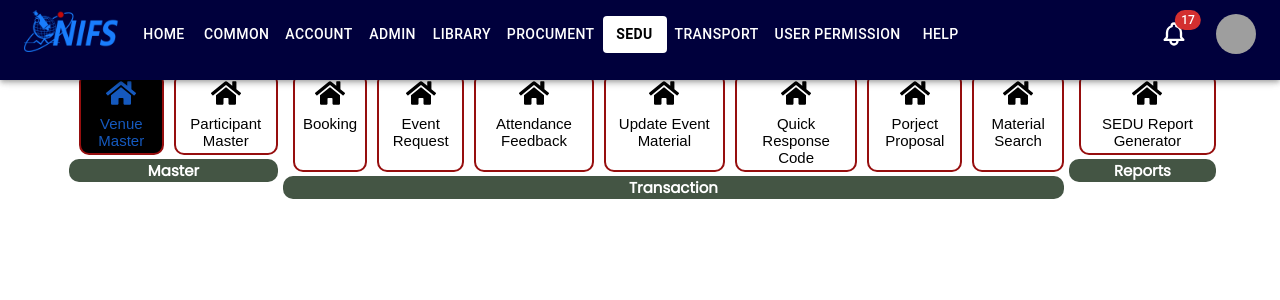
Repository: virangaj/NIFS-WebApp
Page: /sedu (app in client/)
An editor plug-in stored every save of this project. The page is shown before and after the next save, followed by the edit.
The browser window is 1280 px wide. The pictures show the whole page.
The pointer rests on the first visible `.nav-link`.
Pictures or frames that could not be fetched are drawn as grey boxes. The project was rebuilt for these pictures with package versions that can differ from the ones it lists, and the page was loaded fresh each time. Also part of the build but not shown: client/src/pages/Login.tsx, client/src/pages/Home.tsx, client/src/components/Transport/shared/TransportNavbar.js, client/src/pages/TransportMainPage.tsx, client/src/pages/CommonMainPage.tsx, client/src/pages/AccountMainPage.tsx, client/src/pages/AdminMainPage.tsx, client/src/pages/LibraryMainPage.js and 4 more.

Above is the page before, as saved 2022-07-27 01:00:05.

### client/public/index.html
<!DOCTYPE html>
<html lang="en">
	<head>
		<meta charset="utf-8" />
		<link rel="icon" href="nifs_logo.png" />
		<meta name="viewport" content="width=device-width, initial-scale=1" />
		<meta name="theme-color" content="#000000" />
		<meta
			name="description"
			content="Web site created using create-react-app"
		/>
		<link rel="apple-touch-icon" href="%PUBLIC_URL%/logo192.png" />
		<!--
      manifest.json provides metadata used when your web app is installed on a
      user's mobile device or desktop. See https://developers.google.com/web/fundamentals/web-app-manifest/
    -->
		<link rel="manifest" href="%PUBLIC_URL%/manifest.json" />
		<!--
      Notice the use of %PUBLIC_URL% in the tags above.
      It will be replaced with the URL of the `public` folder during the build.
      Only files inside the `public` folder can be referenced from the HTML.

      Unlike "/favicon.ico" or "favicon.ico", "%PUBLIC_URL%/favicon.ico" will
      work correctly both with client-side routing and a non-root public URL.
      Learn how to configure a non-root public URL by running `npm run build`.
    -->
		<link
			href="https://fonts.googleapis.com/css?family=Poppins"
			rel="stylesheet"
		/>
		<title>NIFS Dashboard</title>
	</head>
	<body>
		<noscript>You need to enable JavaScript to run this app.</noscript>
		<div id="root"></div>
		<!--
      This HTML file is a template.
      If you open it directly in the browser, you will see an empty page.

      You can add webfonts, meta tags, or analytics to this file.
      The build step will place the bundled scripts into the <body> tag.

      To begin the development, run `npm start` or `yarn start`.
      To create a production bundle, use `npm run build` or `yarn build`.
    -->
	</body>
</html>

### client/src/index.css
* {
  margin: 0;
}

body {
  font-family: 'Poppins';
  -webkit-font-smoothing: antialiased;
  -moz-osx-font-smoothing: grayscale;
}

:root {
  --main-navbar-back: #00003c;
  --nav-title-section-back: #454;
  --white: #fff;
  --black: #000;
  --border-radius: 10px;
  --pimary: rgb(21, 89, 190);
  --warning: rgb(150, 14, 14);
}


.nav-logo {
  width: 100px;
  height: auto;
}

/* main navbar */
.main-navbar {
  background-color: var(--main-navbar-back) !important;
  width: 100% !important;
  height: 80px !important;

}



/* secondary navbar */
.secondary-navbar {
  margin-top: 10vh !important;
  margin: auto;
}

.nav-flex-section {
  display: flex;
  justify-content: center;
}

.nav-flex-inside {
  margin-left: 5px;
  margin-left: 5px;
}

.nav-title {
  font-size: 15px;
  text-align: center;
  color: var(--white);
  font-weight: 600;

}

.nav-title-section {
  border-radius: var(--border-radius);
  background-color: var(--nav-title-section-back);
}

.nav-icon {
  font-size: 30px;
}

.nav-link {
  display: flex;
  flex-direction: column;
  align-items: center;
  font-size: 15px;
  margin-left: 10px;
  margin-left: 10px;
  border: 2px solid var(--warning);
  padding: 4px 8px 4px 8px;
  margin-bottom: 4px;
  text-align: center;
  border-radius: var(--border-radius);
  background-color: var(--white);
  outline: none;
}

.nav-link:hover {
  color: var(--pimary);
  cursor: pointer;
  background-color: #000;
}

/* body content */
.body-content {
  margin: auto;
  width: 90%;
  margin-top: 10vh;

}

.sub-body-content {
  margin: auto;
  width: 90%;
  margin-top: 3vh;
}

### client/src/App.tsx
import React, { useEffect } from 'react';
import Navbar from './components/shared/Navbar';
import Login from './pages/Login'
import { BrowserRouter as Router, Route, Routes } from 'react-router-dom'
import Home from './pages/Home';
import TransportMainPage from './pages/TransportMainPage';
import CommonMainPage from './pages/CommonMainPage';
import AccountMainPage from './pages/AccountMainPage';
import AdminMainPage from './pages/AdminMainPage';
import LibraryMainPage from './pages/LibraryMainPage';
import ProcumentMainPage from './pages/ProcumentMainPage';
import SeduMainPage from './pages/SeduMainPage';
import UserPermissionMainPage from './pages/UserPermissionMainPage';
import NotificationMainPage from './pages/NotificationMainPage';
import HelpMainPage from './pages/HelpMainPage';

function App() {


  return (
    <Router>
      <Navbar />
      <Routes>

        <Route path="/login" element={<Login />} />
        <Route path="/" element={<Home />} />
        <Route path="/common/*" element={<CommonMainPage />} />
        <Route path="/account/*" element={<AccountMainPage />} />
        <Route path="/admin/*" element={<AdminMainPage />} />
        <Route path="/library/*" element={<LibraryMainPage />} />
        <Route path="/procument/*" element={<ProcumentMainPage />} />
        <Route path="/sedu/*" element={<SeduMainPage />} />
        <Route path="/transport/*" element={<TransportMainPage />} />
        <Route
          path="/user-permission/*"
          element={<UserPermissionMainPage />}
        />
        <Route
          path="/notification/*"
          element={<NotificationMainPage />}
        />
        <Route path="/help/*" element={<HelpMainPage />} />
      </Routes>


    </Router>
  );
}

export default App;

### client/src/components/shared/Navbar.tsx
import * as React from 'react';
import AppBar from '@mui/material/AppBar';
import Box from '@mui/material/Box';
import Toolbar from '@mui/material/Toolbar';
import IconButton from '@mui/material/IconButton';
import Typography from '@mui/material/Typography';
import Menu from '@mui/material/Menu';
import Container from '@mui/material/Container';
import Avatar from '@mui/material/Avatar';
import Button from '@mui/material/Button';
import Tooltip from '@mui/material/Tooltip';
import MenuItem from '@mui/material/MenuItem';
import { HiMenuAlt2, HiOutlineBell } from "react-icons/hi";
import Badge from '@mui/material/Badge';
import Logo from '../../images/nifs_logo.png'
import { Link, useLocation } from 'react-router-dom';
const pages = [
    {
        id: 0,
        title: 'Home',
        link: '/',
    },
    {
        id: 1,
        title: 'Common',
        link: '/common',
    },
    {
        id: 2,
        title: 'Account',
        link: '/account',
    },
    {
        id: 3,
        title: 'Admin',
        link: '/admin',
    },
    {
        id: 4,
        title: 'Library',
        link: '/library',
    },
    {
        id: 5,
        title: 'Procument',
        link: '/procument',
    },
    {
        id: 6,
        title: 'SEDU',
        link: '/sedu',
    },
    {
        id: 7,
        title: 'Transport',
        link: '/transport',
    },
    {
        id: 8,
        title: 'User Permission',
        link: '/user-permission',
    },
    // {
    //     id: 9,
    //     title: 'Notification',
    //     link: '/notification',
    // },
    {
        id: 10,
        title: 'Help',
        link: '/help',
    },
];
const settings = [
    {
        id: 0,
        title: 'Login',
        link: '/login',
    },
];
const Navbar = () => {

    const location: any = useLocation();
    console.log(location.pathname.split('/')[1])


    const [anchorElNav, setAnchorElNav] = React.useState<null | HTMLElement>(null);
    const [anchorElUser, setAnchorElUser] = React.useState<null | HTMLElement>(null);

    const handleOpenNavMenu = (event: React.MouseEvent<HTMLElement>) => {
        setAnchorElNav(event.currentTarget);
    };
    const handleOpenUserMenu = (event: React.MouseEvent<HTMLElement>) => {
        setAnchorElUser(event.currentTarget);
    };

    const handleCloseNavMenu = () => {
        setAnchorElNav(null);
    };

    const handleCloseUserMenu = () => {
        setAnchorElUser(null);
    };

    return (
        <AppBar position="fixed" className="main-navbar">
            <Container maxWidth="xl">
                <Toolbar disableGutters>
                    {/*Responsive view start here  */}
                    <Box sx={{ display: { xs: 'none', md: 'flex' }, mr: 1 }}>
                        <Link to='/'>
                            <img src={Logo} alt="logo" className="nav-logo" />
                        </Link>
                    </Box>


                    <Box sx={{ flexGrow: 1, display: { xs: 'flex', md: 'none' } }}>
                        <IconButton
                            size="large"
                            aria-label="account of current user"
                            aria-controls="menu-appbar"
                            aria-haspopup="true"
                            onClick={handleOpenNavMenu}
                            color="inherit"
                        >
                            <HiMenuAlt2 />
                        </IconButton>
                        <Menu
                            id="menu-appbar"
                            anchorEl={anchorElNav}
                            anchorOrigin={{
                                vertical: 'bottom',
                                horizontal: 'left',
                            }}
                            keepMounted
                            transformOrigin={{
                                vertical: 'top',
                                horizontal: 'left',
                            }}
                            open={Boolean(anchorElNav)}
                            onClose={handleCloseNavMenu}
                            sx={{
                                display: { xs: 'block', md: 'none' },
                            }}
                        >
                            {pages && pages.map((page) => (
                                location.pathname.split('/')[1] === page.link.split('/')[1] ?
                                    <Link to={page.link} style={{ textDecoration: 'none' }} >
                                        <Button
                                            key={page.id}
                                            onClick={handleCloseNavMenu}
                                            sx={{ my: 2, color: 'white', display: 'block' }}
                                            style={{ backgroundColor: '#000', color: '#fff', fontWeight: 700 }}
                                        >
                                            {page.title}
                                        </Button>
                                    </Link>
                                    :
                                    <Link to={page.link} style={{ textDecoration: 'none' }} >
                                        <Button
                                            key={page.id}
                                            onClick={handleCloseNavMenu}
                                            sx={{ my: 2, color: 'white', display: 'block' }}
                                            style={{ backgroundColor: '#fff', color: '#000' }}
                                        >
                                            {page.title}
                                        </Button>
                                    </Link>
                            ))}
                        </Menu>
                    </Box>
                    {/* Responsive view ends here */}

                    {/* Full width starts here */}
                    <Box
                        sx={{
                            mr: 2,
                            display: { xs: 'flex', md: 'none' },
                            flexGrow: 1,
                        }}
                    >
                        <Link to='/'>
                            <img src={Logo} alt="logo" className="nav-logo" />
                        </Link>
                    </Box>

                    <Box sx={{ flexGrow: 1, display: { xs: 'none', md: 'flex' } }}>
                        {pages.map((page) => (
                            location.pathname.split('/')[1] === page.link.split('/')[1] ?
                                <Link to={page.link} style={{ textDecoration: 'none' }} >
                                    <Button
                                        key={page.id}
                                        onClick={handleCloseNavMenu}
                                        sx={{ my: 2, color: 'white', display: 'block' }}
                                        style={{ backgroundColor: '#fff', color: '#000', fontWeight: 700 }}


                                    >
                                        {page.title}
                                    </Button>
                                </Link>
                                :
                                <Link to={page.link} style={{ textDecoration: 'none' }} >
                                    <Button
                                        key={page.id}
                                        onClick={handleCloseNavMenu}
                                        sx={{ my: 2, color: 'white', display: 'block' }}

                                    >
                                        {page.title}
                                    </Button>
                                </Link>
                        ))}
                    </Box>
                    <IconButton
                        size="large"
                        aria-label="show 17 new notifications"
                        color="inherit"
                        sx={{ mr: 2 }}
                    >
                        <Badge badgeContent={17} color="error">
                            <HiOutlineBell />
                        </Badge>
                    </IconButton>
                    <Box sx={{ flexGrow: 0 }}>
                        <Tooltip title="Open settings">
                            <IconButton onClick={handleOpenUserMenu} sx={{ p: 0 }}>
                                <Avatar alt="Remy Sharp" src="/static/images/avatar/2.jpg" />
                            </IconButton>
                        </Tooltip>
                        <Menu
                            sx={{ mt: '45px' }}
                            id="menu-appbar"
                            anchorEl={anchorElUser}
                            anchorOrigin={{
                                vertical: 'top',
                                horizontal: 'right',
                            }}
                            keepMounted
                            transformOrigin={{
                                vertical: 'top',
                                horizontal: 'right',
                            }}
                            open={Boolean(anchorElUser)}
                            onClose={handleCloseUserMenu}
                        >
                            {settings && settings.map((setting) => (
                                <MenuItem key={setting.id} onClick={handleCloseUserMenu}>
                                    <Typography textAlign="center">{setting.title}</Typography>
                                </MenuItem>
                            ))}
                        </Menu>
                    </Box>
                </Toolbar>
            </Container>
        </AppBar>
    );
};
export default Navbar;

### client/src/pages/SeduMainPage.tsx
import React from 'react';
import { Route, Routes } from 'react-router-dom';
import SeduSecondaryNavbar from '../components/sedu/SeduSecondaryNavbar';
import SecondaryNavbar from '../components/shared/SecondaryNavbar';


// sedu main page where all other section of sedu department can be access from here
function SeduMainPage() {

	return <div>
		<SeduSecondaryNavbar />
		<div className="sub-body-content">
			<Routes>
				{/* <Route path="/" element={<NewRequest />} />
					<Route path="/recommend" element={<RecommendedRequest />} />
					<Route path="/approve" element={<ApproveRequest />} /> */}
			</Routes>
		</div>
	</div>;
}

export default SeduMainPage;

### client/src/components/sedu/SeduSecondaryNavbar.tsx
import { Box } from '@mui/material'
import React from 'react'

import { FaArtstation, FaApple, FaAppStoreIos, FaHome } from "react-icons/fa";
function SeduSecondaryNavbar() {

    return (
        <Box sx={{ width: '90%' }} className="secondary-navbar nav-flex-section">

            {/* master section */}
            <div className='nav-flex-inside'>
                <div className='nav-flex-section'>
                    <button className='nav-link'><span className='nav-icon'><FaHome /></span> Venue Master</button>
                    <button className='nav-link'><span className='nav-icon'><FaHome /></span> Participant Master</button>
                </div>
                <div className='nav-title-section'>
                    <p className='nav-title'>Master</p>
                </div>
            </div>

            {/* transaction section */}
            <div className='nav-flex-inside'>
                <div className='nav-flex-section'>
                    <button className='nav-link'><span className='nav-icon'><FaHome /></span> Booking</button>
                    <button className='nav-link'><span className='nav-icon'><FaHome /></span> Event Request</button>
                    <button className='nav-link'><span className='nav-icon'><FaHome /></span> Attendance Feedback</button>
                    <button className='nav-link'><span className='nav-icon'><FaHome /></span> Update Event Material</button>
                    <button className='nav-link'><span className='nav-icon'><FaHome /></span> Quick Response Code</button>
                    <button className='nav-link'><span className='nav-icon'><FaHome /></span> Porject Proposal</button>
                    <button className='nav-link'><span className='nav-icon'><FaHome /></span>Material Search</button>
                </div>
                <div className='nav-title-section'>
                    <p className='nav-title'>Transaction</p>
                </div>
            </div>
            {/* reposrts section */}
            <div className='nav-flex-inside'>
                <div className='nav-flex-section'>
                    <button className='nav-link'><span className='nav-icon'><FaHome /></span> SEDU Report Generator</button>
                </div>
                <div className='nav-title-section'>
                    <p className='nav-title'>Reports</p>
                </div>
            </div>
        </Box>
    )
}

export default SeduSecondaryNavbar

Loaded but not shown: client/src/index.tsx (common file); client/src/reportWebVitals.ts (common file); client/public/manifest.json (common file)

After the next save:
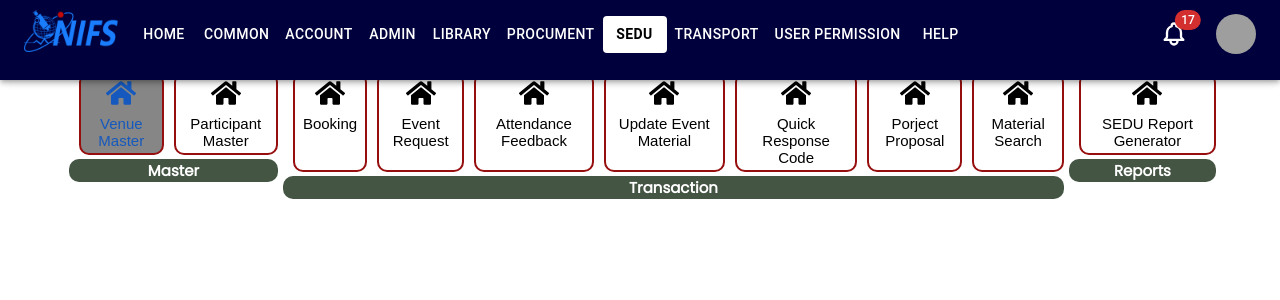
Saved 10 s later.
--- a/client/src/index.css
+++ b/client/src/index.css
@@ -86,7 +86,7 @@ body {
 .nav-link:hover {
   color: var(--pimary);
   cursor: pointer;
-  background-color: #000;
+  background-color: rgb(134, 134, 134);
 }
 
 /* body content */
